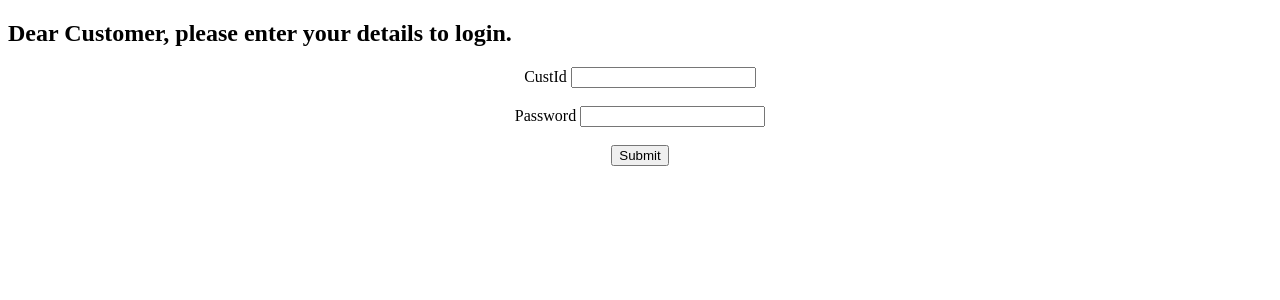
Repository: DEEKSHITH-GD/Banking-Application-using-Servlets
Page: Banking Application using Servlets/BankingApplication_Servlets/src/main/webapp/Login.html
The author's editor kept a copy of each file at every save. The page is drawn from the files as they stood at one save, then again after the next save.
The browser window is 1280 px wide. The pictures show the whole page.

Above is the page before, as saved 2024-01-03 18:18:56.

After the next save:
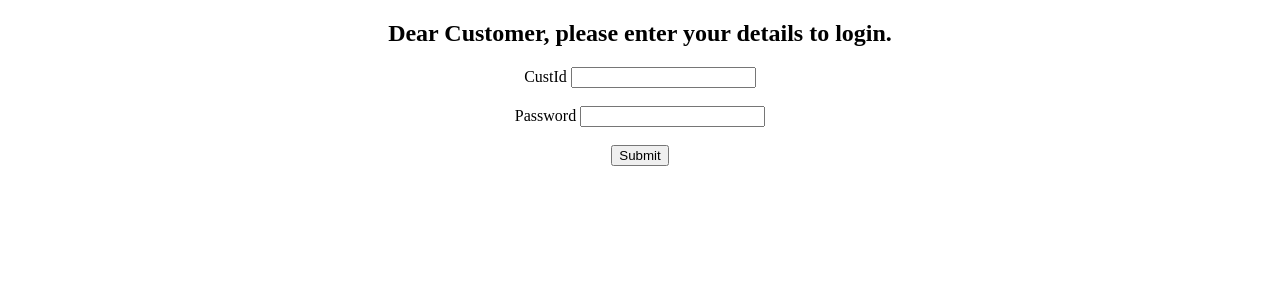
Saved 30 s later.
--- a/Banking Application using Servlets/BankingApplication_Servlets/src/main/webapp/Login.html
+++ b/Banking Application using Servlets/BankingApplication_Servlets/src/main/webapp/Login.html
@@ -5,8 +5,8 @@
 <title>Login Page</title>
 </head>
 <body>
+<center>
 <h2>Dear Customer, please enter your details to login.</h2>
-	<center>
 	<form action="Login">
 		<label>CustId</label>
 		<input type="text" name="custid"/><br><br>
